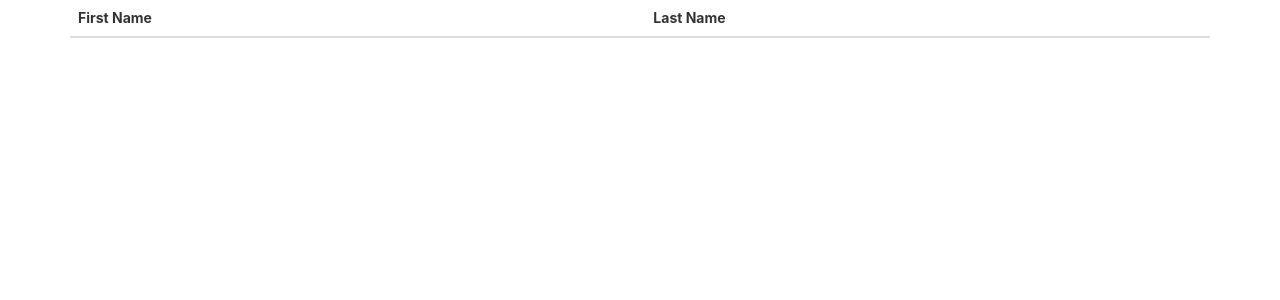
Repository: Green-Technologies-Angular/React-js
Page: /
An editor plug-in stored every save of this project. The page is shown before and after the next save, followed by the edit.
The browser window is 1280 px wide. The pictures show the whole page.
The project was rebuilt for these pictures with package versions that can differ from the ones it lists, and the page was loaded fresh each time.

Above is the page before, as saved 2019-03-18 10:18:58.

### public/index.html
<!DOCTYPE html>
<html lang="en">
  <head>
    <meta charset="utf-8" />
    <link rel="shortcut icon" href="%PUBLIC_URL%/favicon.ico" />
    <meta
      name="viewport"
      content="width=device-width, initial-scale=1, shrink-to-fit=no"
    />
    <meta name="theme-color" content="#000000" />
    <!--
      manifest.json provides metadata used when your web app is installed on a
      user's mobile device or desktop. See https://developers.google.com/web/fundamentals/web-app-manifest/
    -->
    <link rel="manifest" href="%PUBLIC_URL%/manifest.json" />
    <link rel="stylesheet" href="https://maxcdn.bootstrapcdn.com/bootstrap/3.4.0/css/bootstrap.min.css">
  <script src="https://ajax.googleapis.com/ajax/libs/jquery/3.3.1/jquery.min.js"></script>
  <script src="https://maxcdn.bootstrapcdn.com/bootstrap/3.4.0/js/bootstrap.min.js"></script>
    <!--
      Notice the use of %PUBLIC_URL% in the tags above.
      It will be replaced with the URL of the `public` folder during the build.
      Only files inside the `public` folder can be referenced from the HTML.

      Unlike "/favicon.ico" or "favicon.ico", "%PUBLIC_URL%/favicon.ico" will
      work correctly both with client-side routing and a non-root public URL.
      Learn how to configure a non-root public URL by running `npm run build`.
    -->
    <title>React App</title>
  </head>
  <body>
    <noscript>You need to enable JavaScript to run this app.</noscript>
    <div id="root">

    </div>
    <!--
      This HTML file is a template.
      If you open it directly in the browser, you will see an empty page.

      You can add webfonts, meta tags, or analytics to this file.
      The build step will place the bundled scripts into the <body> tag.

      To begin the development, run `npm start` or `yarn start`.
      To create a production bundle, use `npm run build` or `yarn build`.
    -->
  </body>
</html>

### src/App.js
import React, { Component } from 'react';
import './App.css';
import Header from './component/header';
class App extends Component {
  constructor(props){
    super(props);
    this.state = {
      firstName : "Tamil",
      lastName : "Mani"
    }
  }
  render() {
    return (
      <div className="App">
        <Header chennai={this.state.firstName} csk={this.state.lastName}/>
      </div>
    );
  }
}

export default App;

### src/component/header.js
import React, { Component } from 'react';

class Header extends Component{

    render(){
        return(
            <div className="container">
                <table className="table">
                    <thead>
                    <tr>
                        <th>
                        First Name
                        </th>
                        <th>
                        Last Name
                        </th>
                    </tr>
                    </thead>
                    <tbody>
                    <tr>
                        <td>
                        {this.props.firstN}
                        </td>
                        <td>
                        {this.props.lastN}
                        </td>
                    </tr>
                    </tbody>
                </table>
            </div>
        )

    }
}


export default Header;

Loaded but not shown: src/index.js (common file); src/index.css (common file); src/serviceWorker.js (common file); src/App.css (common file)

After the next save:
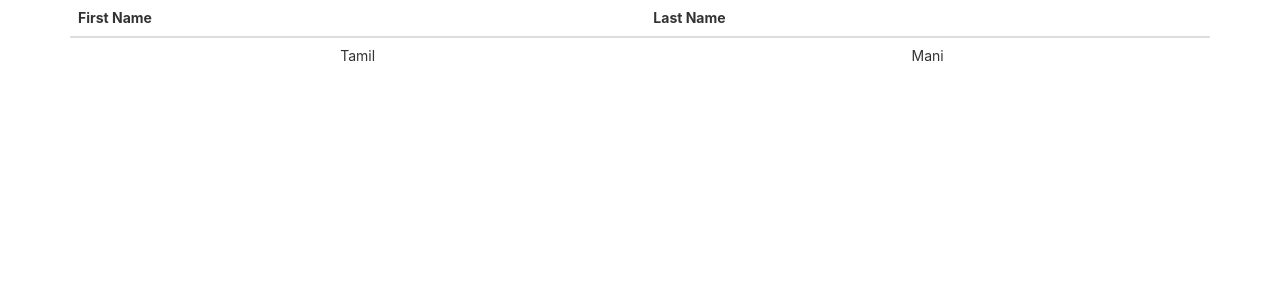
Saved 7 s later.
--- a/src/component/header.js
+++ b/src/component/header.js
@@ -19,10 +19,10 @@
                     <tbody>
                     <tr>
                         <td>
-                        {this.props.firstN}
+                        {this.props.chennai}
                         </td>
                         <td>
-                        {this.props.lastN}
+                        {this.props.csk}
                         </td>
                     </tr>
                     </tbody>

After the save that followed:
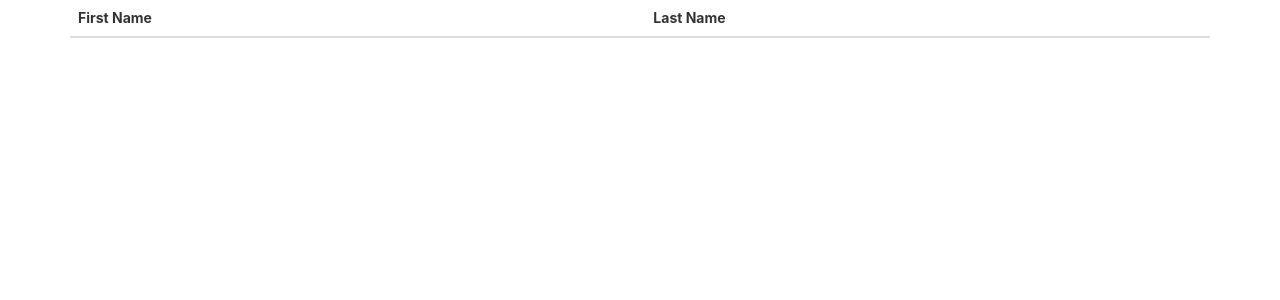
Saved 5 s later.
--- a/src/component/header.js
+++ b/src/component/header.js
@@ -19,10 +19,10 @@
                     <tbody>
                     <tr>
                         <td>
-                        {this.props.chennai}
+                        {this.props.firstN}
                         </td>
                         <td>
-                        {this.props.csk}
+                        {this.props.lastN}
                         </td>
                     </tr>
                     </tbody>
